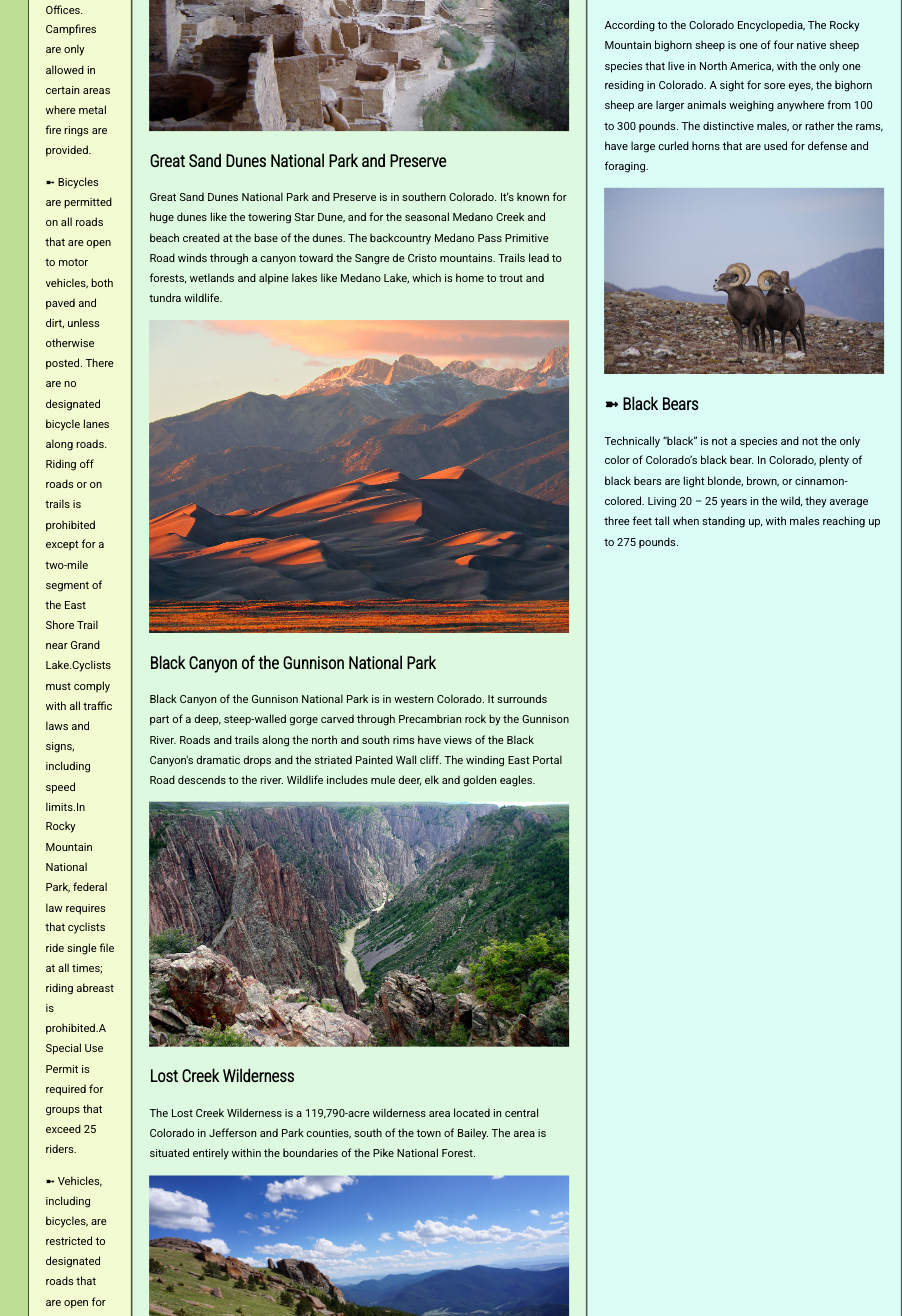
Repository: ethan-schrauf/UniversalDesignWebsite
Page: lab4.html
An editor plug-in stored every save of this project. The page is shown before and after the next save, followed by the edit.
The browser window is 1280 px wide. The page is 1288 px wide, so the pictures cover 1288 px, including what lies to the right of the window. The pictures show the part of the page from y = 1176 to 3056 px (the page is 6791 px tall), at 70% of full size.

Above is the page before, as saved 2023-10-24 22:19:03.

### lab4.html

<!DOCTYPE html>

<html lang="en">
<head>
  <meta charset="UTF-8">
  <meta name="viewport" content="width=device-width, initial-scale=1.0">
  <meta http-equiv="X-UA-Compatible" content="ie=edge">
  <title>Accessible grid</title>
  <link href="lab4.css" rel="stylesheet">
</head>
<body>
<div class="container">
  <header>
    <h1>Colorado National Parks</h1>
  </header>
  <nav>
    <ul>
      <li><a href="#">Link 1</a></li>
      <li><a href="#">Link 2</a></li>
      <li><a href="#">Link 3</a></li>
      <li><a href="#">Link 4</a></li>
    </ul>
  </nav>
  <main>
    <section>
      <h2>Rocky Mountain National Park</h2>
      <p>Rocky Mountain National Park in northern Colorado spans the Continental Divide and encompasses protected mountains, forests and alpine tundra. It's known for the Trail Ridge Road and the Old Fall River Road, drives that pass aspen trees and rivers. The Keyhole Route, a climb crossing vertical rock faces, leads up Longs Peak, the park’s tallest mountain. A trail surrounding Bear Lake offers views of the peaks.</p>
      <img src="images/rocky-mountain.jpeg" alt="Rocky Mountain National Park view from a lake with a large mountain behind it"  style="width: 600px; height: auto;">
      <h2>Mesa Verde National Park</h2>
      <p>Mesa Verde National Park is in southwest Colorado. It's known for its well-preserved Ancestral Puebloan cliff dwellings, notably the huge Cliff Palace. The Chapin Mesa Archeological Museum has exhibits on the ancient Native American culture. Mesa Top Loop Road winds past archaeological sites and overlooks, including Sun Point Overlook with panoramic canyon views. Petroglyph Point Trail has several rock carvings.</p>
      <img src="images/mesa verde national park.jpeg" alt="Mesa Verde National Park Cave Dwellings"  style="width: 600px; height: auto;">
      <h2>Great Sand Dunes National Park and Preserve</h2>
      <p>Great Sand Dunes National Park and Preserve is in southern Colorado. It’s known for huge dunes like the towering Star Dune, and for the seasonal Medano Creek and beach created at the base of the dunes. The backcountry Medano Pass Primitive Road winds through a canyon toward the Sangre de Cristo mountains. Trails lead to forests, wetlands and alpine lakes like Medano Lake, which is home to trout and tundra wildlife.</p>
      <img src="images/great sand dunes national park.jpeg" alt="Great Sand Dunes National Park with collegiant peaks towering aboe" style="width: 600px; height: auto;">
      <h2>Black Canyon of the Gunnison National Park</h2>
      <p>Black Canyon of the Gunnison National Park is in western Colorado. It surrounds part of a deep, steep-walled gorge carved through Precambrian rock by the Gunnison River. Roads and trails along the north and south rims have views of the Black Canyon's dramatic drops and the striated Painted Wall cliff. The winding East Portal Road descends to the river. Wildlife includes mule deer, elk and golden eagles.</p>
      <img src="images/black canyon of the gunnison national park.jpeg" alt="Black Canyon of The Gunnison National Park" style="width: 600px; height: auto;">
      <h2>Lost Creek Wilderness</h2>
      <p>The Lost Creek Wilderness is a 119,790-acre wilderness area located in central Colorado in Jefferson and Park counties, south of the town of Bailey. The area is situated entirely within the boundaries of the Pike National Forest.</p>
      <img src="images/Lost Creek Wilderness National Park.jpeg" alt="Mountainside in Lost Creek Wilderness National Park" style="width: 600px; height: auto;">
      <h2>Black Ridge Canyons Wilderness (Colorado)</h2>
      <p>The Black Ridge Canyons Wilderness is located in western Colorado with a small portion extending into eastern Utah, USA, within the arid Colorado Plateau region approximately 15 miles west of Grand Junction, Colorado. The wilderness lies on the northwest flank of the Uncompahgre Plateau.</p>
      <img src="images/black ridge canyon wilderness national park.jpeg" alt="Rock arch in Black Ridge Canyon Wilderness National Park" style="width: 600px; height: auto;">
    </section>
  </main>
  <aside id="aside1">
    <h2>Park Rules</h2>
    <p>➼ Pets are prohibited on ALL Rocky Mountain National Park trails, tundra, and meadows.</p>
    <p>➼ Camping in the park is subject to a fee and is restricted to designated campgrounds or in the wilderness with an overnight wilderness permit. Permits are available at park Wilderness Permit and Information Offices. Campfires are only allowed in certain areas where metal fire rings are provided.</p>
    <p>➼ Bicycles are permitted on all roads that are open to motor vehicles, both paved and dirt, unless otherwise posted. There are no designated bicycle lanes along roads. Riding off roads or on trails is prohibited except for a two-mile segment of the East Shore Trail near Grand Lake.Cyclists must comply with all traffic laws and signs, including speed limits.In Rocky Mountain National Park, federal law requires that cyclists ride single file at all times; riding abreast is prohibited.A Special Use Permit is required for groups that exceed 25 riders.</p>
    <p>➼ Vehicles, including bicycles, are restricted to designated roads that are open for travel. Use on trails or off road is prohibited.</p>
    <p>➼ Fishing in the park requires a Colorado fishing license for persons 16 years or older. Persons 12 years old or younger may use bait in waters open to fishing, except in designated catch and release areas. Inquire with a ranger or check the Fishing page for additional information on fishing regulations including catch and release waters for native trout, closures and restrictions, method of take, etc.</p>
    <p>➼ It is the responsibility of visitors to understand and comply with all applicable state, local, and federal firearm laws before entering the park. Open carry of handguns and rifles, and transport of the same in vehicles, is permitted. Concealed carry is allowed pursuant to a legal Colorado concealed carry permit and applicable state reciprocity laws. Federal law prohibits firearms in certain facilities (visitor centers, ranger stations, government offices); places that are marked with signs at all public entrances. Recreational target shooting or discharge of a firearm is not allowed. Firearms should not be considered a wildlife protection strategy. Bear spray and other safety precautions are the proven methods for preventing bear and other wildlife interactions. Possessing or carrying a weapon (bow and arrow, crossbow, sling shot, gas or air propelled gun, etc.) is prohibited. Check with the State of Colorado for specific gun laws.</p>
  </aside>
  <aside id="aside2">
    <h2>Colorado Wildlife</h2>
    <p>Colorado is home to several native wildlife species that make this state’s natural beauty what it is. It’s also home to plenty of lesser-known, but equally fascinating animals that live in Colorado. Knowing where and what to look for is important in spotting your favorite wildlife. Come to a national park today and experience the mesmorizing beauty of Colorado's wildlife.</p>
    <h2>➼ American Bison</h2>
    <p>The American Bison are large mammals that can reach up to 6.5 feet tall and weigh up to 2,200 pounds. They travel in herds and have an average life span of 20 years. When needed, a bison can run at speeds of up to 40 miles an hour. At one point in time, there were 60 million bison that roamed the plains of North America, but due to overhunting, the bison nearly became extinct.</p>
    <img src="images/colorado-bison.jpeg" alt="American bison" style="width: 400px; height: auto;">
    <h2>➼ Bighorn Sheep</h2>
    <p>According to the Colorado Encyclopedia, The Rocky Mountain bighorn sheep is one of four native sheep species that live in North America, with the only one residing in Colorado. A sight for sore eyes, the bighorn sheep are larger animals weighing anywhere from 100 to 300 pounds. The distinctive males, or rather the rams, have large curled horns that are used for defense and foraging.</p>
    <img src="images/colorado bighorn sheep.jpeg" alt="American bison" style="width: 400px; height: auto;">
    <h2>➼ Black Bears</h2>
    <p>Technically “black” is not a species and not the only color of Colorado’s black bear. In Colorado, plenty of black bears are light blonde, brown, or cinnamon-colored. Living 20 – 25 years in the wild, they average three feet tall when standing up, with males reaching up to 275 pounds.</p>

  </aside>
  <footer>
    <small> Designed by Ethan Schrauf</small>
  </footer>

</div> <!-- end container -->
</body>
</html>

### lab4.css
@import url('https://fonts.googleapis.com/css2?family=Roboto&display=swap');
@import url('https://fonts.googleapis.com/css2?family=Roboto&family=Roboto+Condensed:wght@300&display=swap');

body {
    background: rgb(189, 222, 147);
}

/* css reset */
::before,
::after {
    box-sizing: border-box;
    padding: 0;
    margin: 0;
}

h1,
h2,
h3 {
    padding: .2em 0;
}

p {
    margin: 1.0em 0;
    line-height: 1.8em;
}

header,
nav,
main,
aside,
footer {
    padding: 1.5em;
    border: 1px black solid;
}

header,
footer {
    text-align: center;
}

.container {
    max-width: 1200px;
    margin: 0 auto;
    background: rgb(175, 222, 176);
    display: grid;
    width: 100vw;
    height: 100vh;
    grid-template-columns:
     1fr       2fr       1fr;
    grid-template-areas:
    "heady     heady     heady"
    "navvy     navvy     navvy"
    "aside1    mainy     aside2"
    "aside1    mainy     aside2"
    "aside1    mainy     aside2"
    "footy     footy     footy";
  }

  header {grid-area: heady; background:rgb(224, 247, 215);}
nav {grid-area: navvy; background:rgb(215, 253, 232);}
main {grid-area: mainy; background: rgb(221, 250, 224); max-height: 100%;}
#aside1 {grid-area: aside1; background: rgb(243, 251, 209);}
#aside2 {grid-area: aside2; background: rgb(218, 254, 245);}
footer {grid-area: footy; background: rgb(205, 255, 252);}

nav ul {
    display: flex;
    flex-flow: row nowrap;
    justify-content: space-around;
    }

    nav ul li {
      list-style: none
    }

    @media screen
      and (min-width: 641px)
      and (max-width: 900px)  {
    .container {
    grid-template-columns:
       1fr 1fr;
    grid-template-areas:
      "heady heady"
      "navvy navvy"
      "mainy mainy"
      "aside1 aside2"
      "footy footy";
    }
    }

    @media screen
      and (max-width: 640px)  {
    .container {
    grid-template-columns:
       1fr;
    grid-template-areas:
      "heady"
      "mainy"
      "aside1"
      "aside2"
      "navvy"
      "footy";
    }
    nav ul {
      flex-flow: column nowrap;
      text-align: center;
    }
    nav ul li a {
      display: block;
      padding: 10px 5px;
      margin: 5px;
      border: 1px black solid;
      background: white;

    }
    }

    p {
        font-family: 'Roboto', sans-serif;
    }

    h2,
    h1 {
        font-family: 'Roboto Condensed', sans-serif;
    }

After the next save:
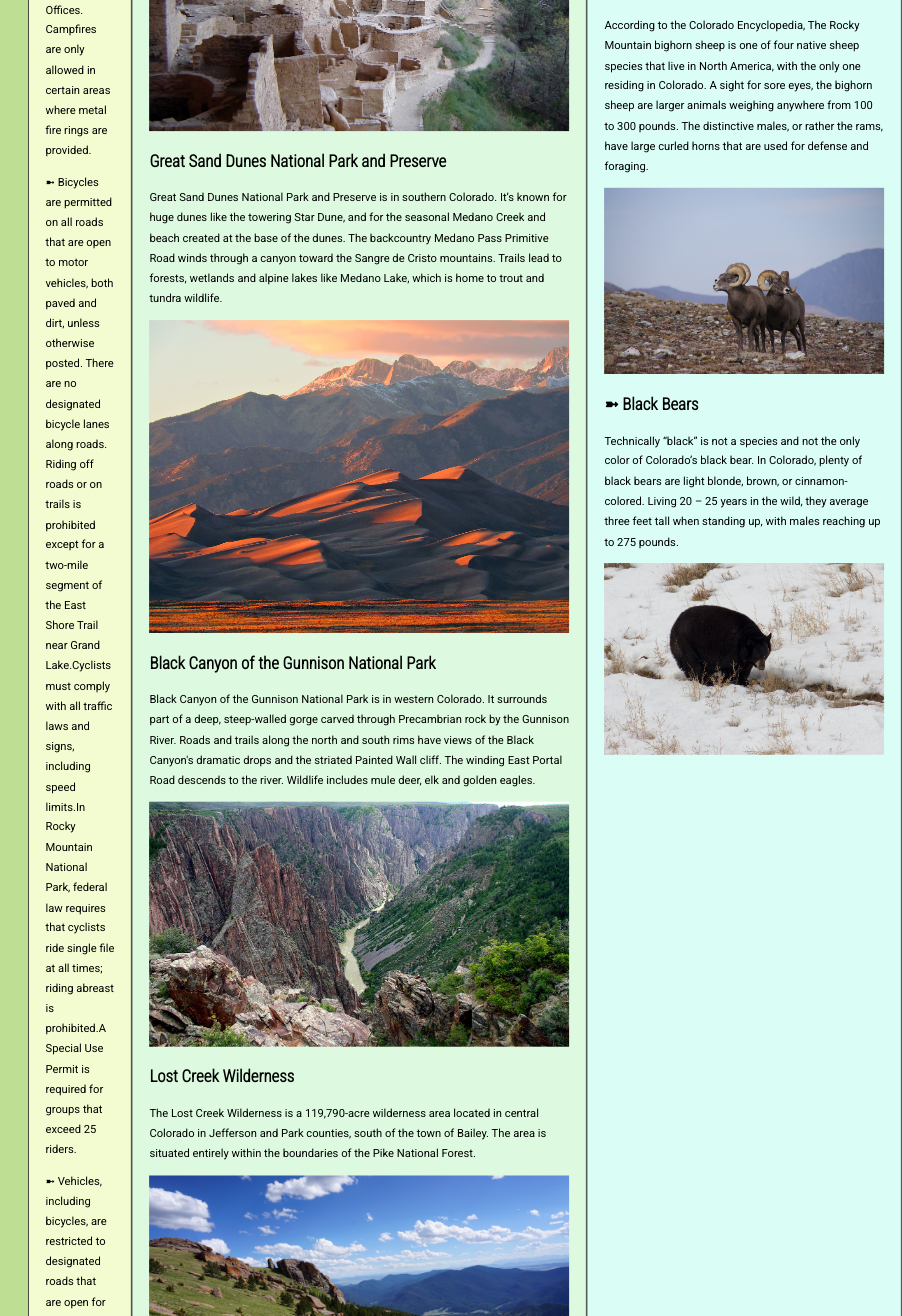
Saved 59 s later.
--- a/lab4.html
+++ b/lab4.html
@@ -61,9 +61,10 @@
     <img src="images/colorado-bison.jpeg" alt="American bison" style="width: 400px; height: auto;">
     <h2>➼ Bighorn Sheep</h2>
     <p>According to the Colorado Encyclopedia, The Rocky Mountain bighorn sheep is one of four native sheep species that live in North America, with the only one residing in Colorado. A sight for sore eyes, the bighorn sheep are larger animals weighing anywhere from 100 to 300 pounds. The distinctive males, or rather the rams, have large curled horns that are used for defense and foraging.</p>
-    <img src="images/colorado bighorn sheep.jpeg" alt="American bison" style="width: 400px; height: auto;">
+    <img src="images/colorado bighorn sheep.jpeg" alt="Bighorn sheep on a mountaintop" style="width: 400px; height: auto;">
     <h2>➼ Black Bears</h2>
     <p>Technically “black” is not a species and not the only color of Colorado’s black bear. In Colorado, plenty of black bears are light blonde, brown, or cinnamon-colored. Living 20 – 25 years in the wild, they average three feet tall when standing up, with males reaching up to 275 pounds.</p>
+    <img src="images/colorado black bear.jpeg" alt="Black bear in a meadow." style="width: 400px; height: auto;">
 
   </aside>
   <footer>
